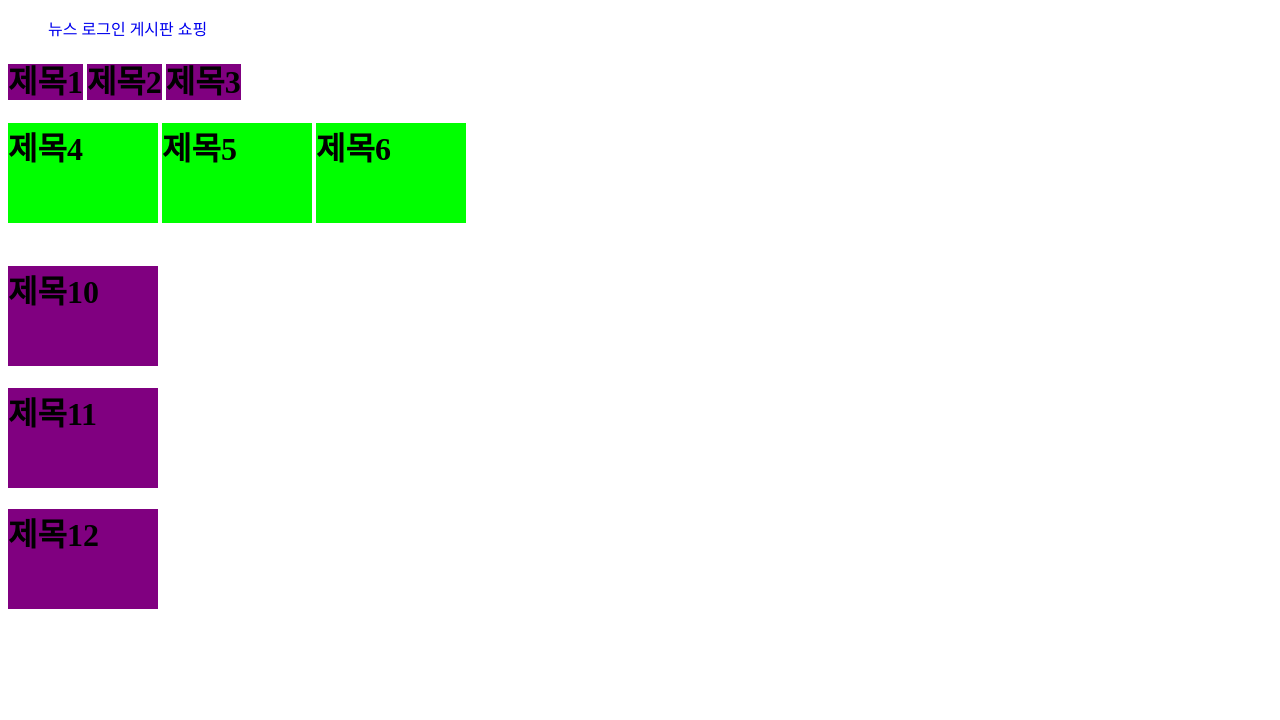
Repository: Kray273/JSLab
Page: css/src/main/webapp/Day97/display.html
The author's editor kept a copy of each file at every save. The page is drawn from the files as they stood at one save, then again after the next save.
The browser window is 1280 px wide. The pictures show the whole page.

Above is the page before, as saved 2022-11-25 08:00:18.

After the next save:
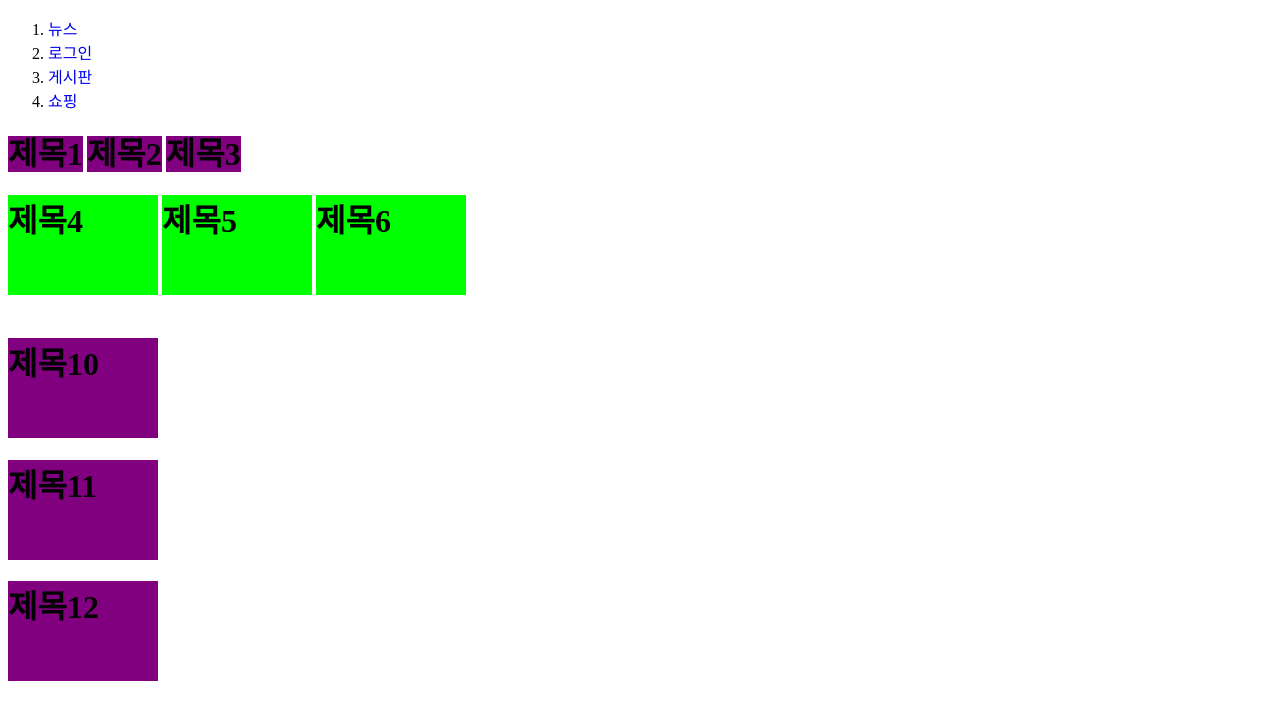
Saved 91 s later.
--- a/css/src/main/webapp/Day97/display.html
+++ b/css/src/main/webapp/Day97/display.html
@@ -29,10 +29,10 @@
 		height : 100px;
 		background-color: purple;
 	}
-
+/*
 	#mainmenu li{
 		display: inline-block;
-	}
+	} */
 	a {
 	 	text-decoration: none;
 	}

After the save that followed:
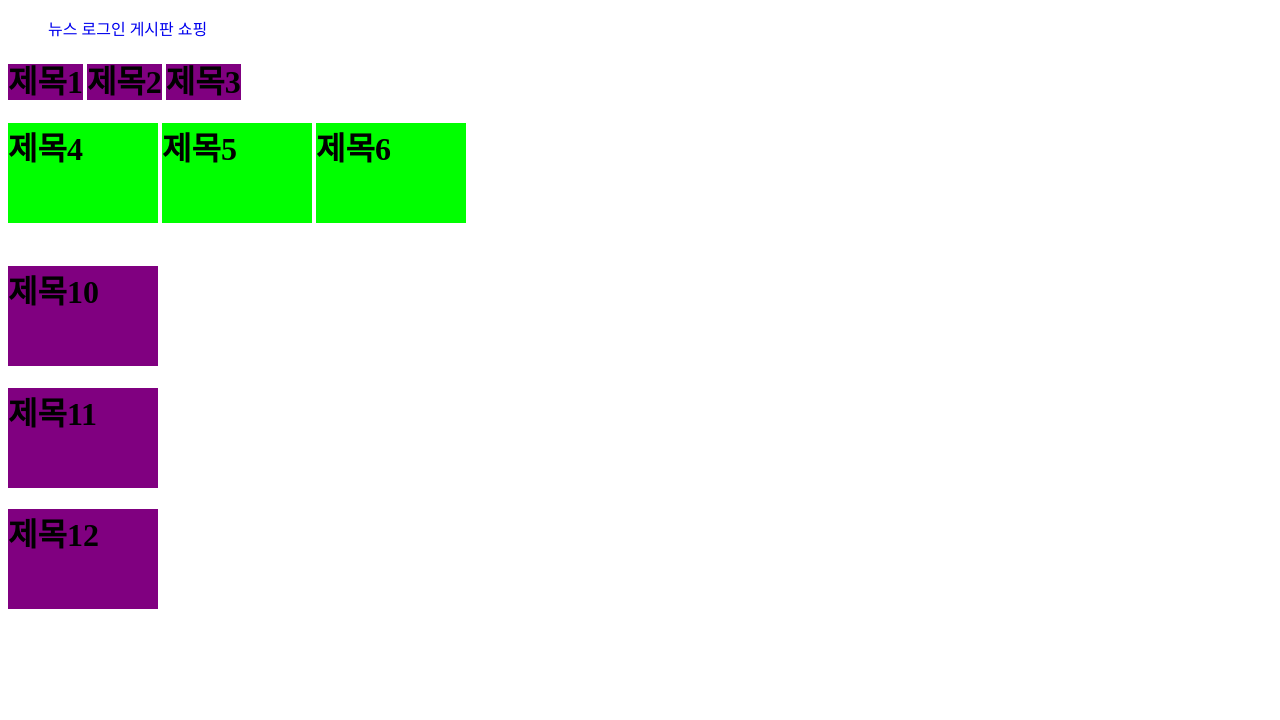
Saved 14 s later.
--- a/css/src/main/webapp/Day97/display.html
+++ b/css/src/main/webapp/Day97/display.html
@@ -29,10 +29,10 @@
 		height : 100px;
 		background-color: purple;
 	}
-/*
+
 	#mainmenu li{
 		display: inline-block;
-	} */
+	}
 	a {
 	 	text-decoration: none;
 	}
